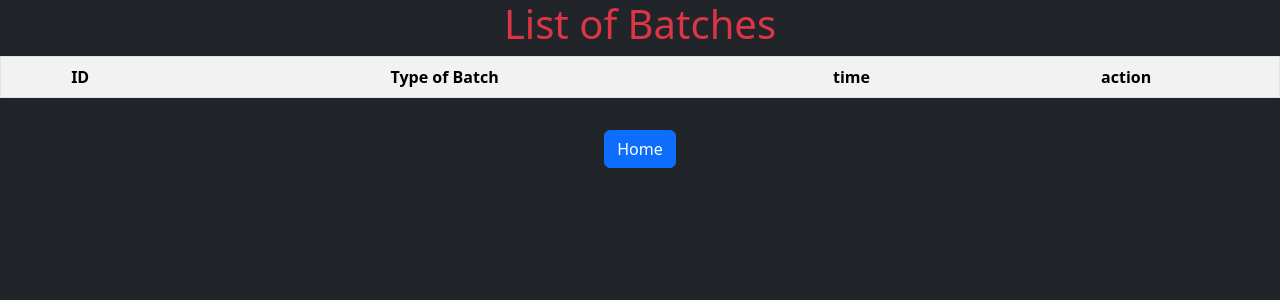
Repository: Jannis-Buschhaus/simplilearn-assessment-phase2
Page: http://localhost/FunfitWebapp/BatchController
An editor plug-in stored every save of this project. The page is shown before and after the next save, followed by the edit.
The browser window is 1280 px wide. The pictures show the whole page.
The page is served by Tomcat 9. Queries for data that is not in the repository find no rows.

Above is the page before, as saved 2024-05-30 14:34:14.

After the next save:
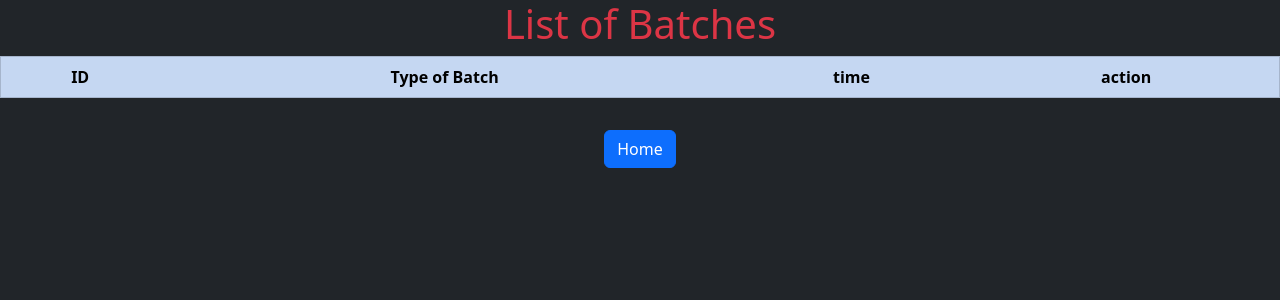
Saved 26 s later.
--- a/FunfitWebapp/src/main/webapp/viewBatch.jsp
+++ b/FunfitWebapp/src/main/webapp/viewBatch.jsp
@@ -35,7 +35,7 @@
 	</script>
 	<h1 class="text-danger text-center">List of Batches</h1>
 	<div class="text-center">
-		<table  class="table table-striped" border="1">
+		<table  class="table table-striped table-primary" border="1">
 			<tr>
 				<th>ID</th><th>Type of Batch</th><th>time</th><th>action</th>
 			</tr>
